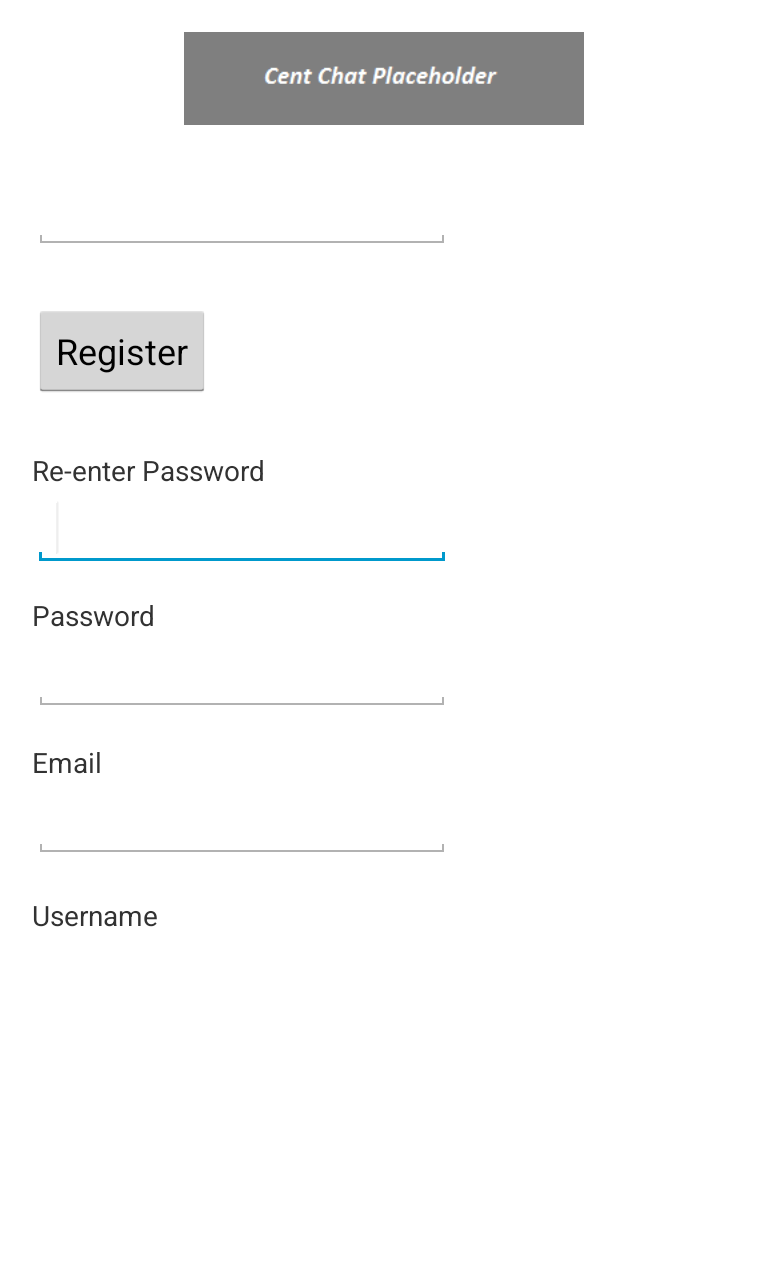
Repository: emeryduh/AndroidProject
Layout: client/TeamJonesProject/res/layout/activity_registration.xml
An editor plug-in stored every save of this project. The layout is shown before and after the next save, followed by the edit.
It is drawn on a 768 x 1280 px phone screen (xhdpi) without system bars, with theme AppTheme; the app's code is not run.

Above is the layout before, as saved 2014-10-01 01:55:06.

### client/TeamJonesProject/res/layout/activity_registration.xml
<RelativeLayout xmlns:android="http://schemas.android.com/apk/res/android"
    xmlns:tools="http://schemas.android.com/tools"
    android:layout_width="match_parent"
    android:layout_height="match_parent"
    android:paddingBottom="@dimen/activity_vertical_margin"
    android:paddingLeft="@dimen/activity_horizontal_margin"
    android:paddingRight="@dimen/activity_horizontal_margin"
    android:paddingTop="@dimen/activity_vertical_margin"
    tools:context="com.comp313.RegistrationActivity" >

    <LinearLayout
        android:id="@+id/linearLayout_header"
        android:layout_width="match_parent"
        android:layout_height="@dimen/bodySpacing_headerHeight"
        android:layout_alignParentLeft="true"
        android:layout_alignParentTop="true"
        android:orientation="vertical" >

        <ImageView
            android:id="@+id/imageView1"
            android:layout_width="wrap_content"
            android:layout_height="wrap_content"
            android:layout_gravity="center_horizontal"
            android:src="@drawable/header_300x70" />
    </LinearLayout>

    <LinearLayout
        android:id="@+id/linearLayout_body"
        android:layout_width="match_parent"
        android:layout_height="wrap_content"
        android:layout_alignLeft="@+id/linearLayout_header"
        android:layout_below="@+id/linearLayout_header"
        android:orientation="vertical" >

        <EditText
            android:id="@+id/password_registration_check_field"
            android:layout_width="wrap_content"
            android:layout_height="wrap_content"
            android:layout_above="@+id/submit_registration_button"
            android:layout_centerHorizontal="true"
            android:layout_marginBottom="26dp"
            android:ems="10"
            android:inputType="textPassword" />

        <Button
            android:id="@+id/submit_registration_button"
            android:layout_width="wrap_content"
            android:layout_height="wrap_content"
            android:layout_alignParentBottom="true"
            android:layout_centerHorizontal="true"
            android:layout_marginBottom="26dp"
            android:text="@string/submit_registration_text" />

        <TextView
            android:id="@+id/password_registration_check"
            android:layout_width="wrap_content"
            android:layout_height="wrap_content"
            android:layout_above="@+id/password_registration_check_field"
            android:layout_centerHorizontal="true"
            android:text="@string/password_registration_check_text" />

        <EditText
            android:id="@+id/password_registration_field"
            android:layout_width="wrap_content"
            android:layout_height="wrap_content"
            android:layout_above="@+id/password_registration_check"
            android:layout_alignLeft="@+id/email_registration_field"
            android:layout_marginBottom="14dp"
            android:ems="10"
            android:inputType="textPassword" >

            <requestFocus />
        </EditText>

        <TextView
            android:id="@+id/password_registration"
            android:layout_width="wrap_content"
            android:layout_height="wrap_content"
            android:layout_alignRight="@+id/username_registration"
            android:layout_centerVertical="true"
            android:text="@string/password_registration_text" />

        <EditText
            android:id="@+id/email_registration_field"
            android:layout_width="wrap_content"
            android:layout_height="wrap_content"
            android:layout_above="@+id/password_registration"
            android:layout_alignRight="@+id/password_registration_check_field"
            android:layout_marginBottom="15dp"
            android:ems="10"
            android:inputType="textEmailAddress" />

        <TextView
            android:id="@+id/email_registration"
            android:layout_width="wrap_content"
            android:layout_height="wrap_content"
            android:layout_above="@+id/email_registration_field"
            android:layout_centerHorizontal="true"
            android:text="@string/email_registration_text" />

        <EditText
            android:id="@+id/username_registration_field"
            android:layout_width="wrap_content"
            android:layout_height="wrap_content"
            android:layout_above="@+id/email_registration"
            android:layout_centerHorizontal="true"
            android:layout_marginBottom="18dp"
            android:ems="10"
            android:inputType="text" />

        <TextView
            android:id="@+id/username_registration"
            android:layout_width="wrap_content"
            android:layout_height="wrap_content"
            android:layout_above="@+id/username_registration_field"
            android:layout_centerHorizontal="true"
            android:text="@string/username_registration_text" />
    </LinearLayout>

</RelativeLayout>

### client/TeamJonesProject/res/values/dimens.xml
<resources>

    <!-- Default screen margins, per the Android Design guidelines. -->
    <dimen name="activity_horizontal_margin">16dp</dimen>
    <dimen name="activity_vertical_margin">16dp</dimen>

    <!-- Chat Activity Configuration -->
    <dimen name="chatbox_min_height">15dp</dimen>
    <dimen name="chatbox_max_height">150dp</dimen>
    <dimen name="chatbox_min_width">15dp</dimen>
    <dimen name="chatbox_max_width">150dp</dimen>

    <!-- Registration Activity Configuration -->
    <dimen name="bodySpacing_headerHeight">70dp</dimen>
    <dimen name="bodySpacing_top">20dp</dimen>
</resources>

### client/TeamJonesProject/res/values/strings.xml
<?xml version="1.0" encoding="utf-8"?>
<resources>

    <string name="app_name">CentChat</string>
    <string name="action_settings">Settings</string>

    <!-- Chat screen text -->
    <string name="btnSend_text">Send</string>
    <string name="default_text">Welcome to CentChat!</string>
    <string name="default_clientType_text">Type a message here.</string>

    <!-- Login screen text -->
    <string name="username_text">Username</string>
    <string name="password_text">Password</string>
    <string name="rememberMe_text">Remember Me</string>
    <string name="login_text">Login</string>
    <string name="title_activity_login">Login Form</string>

    <!-- Registration screen text -->
    <string name="username_registration_text">Username</string>
    <string name="email_registration_text">Email</string>
    <string name="password_registration_text">Password</string>
    <string name="password_registration_check_text">Re-enter Password</string>
    <string name="submit_registration_text">Register</string>
    <string name="title_activity_registration">Registration Form</string>


</resources>

Loaded but not shown: client/TeamJonesProject/res/values/styles.xml (common file); client/TeamJonesProject/res/values-v11/styles.xml (common file); client/TeamJonesProject/res/values-v14/styles.xml (common file); client/TeamJonesProject/res/values-w820dp/dimens.xml (common file)

After the next save:
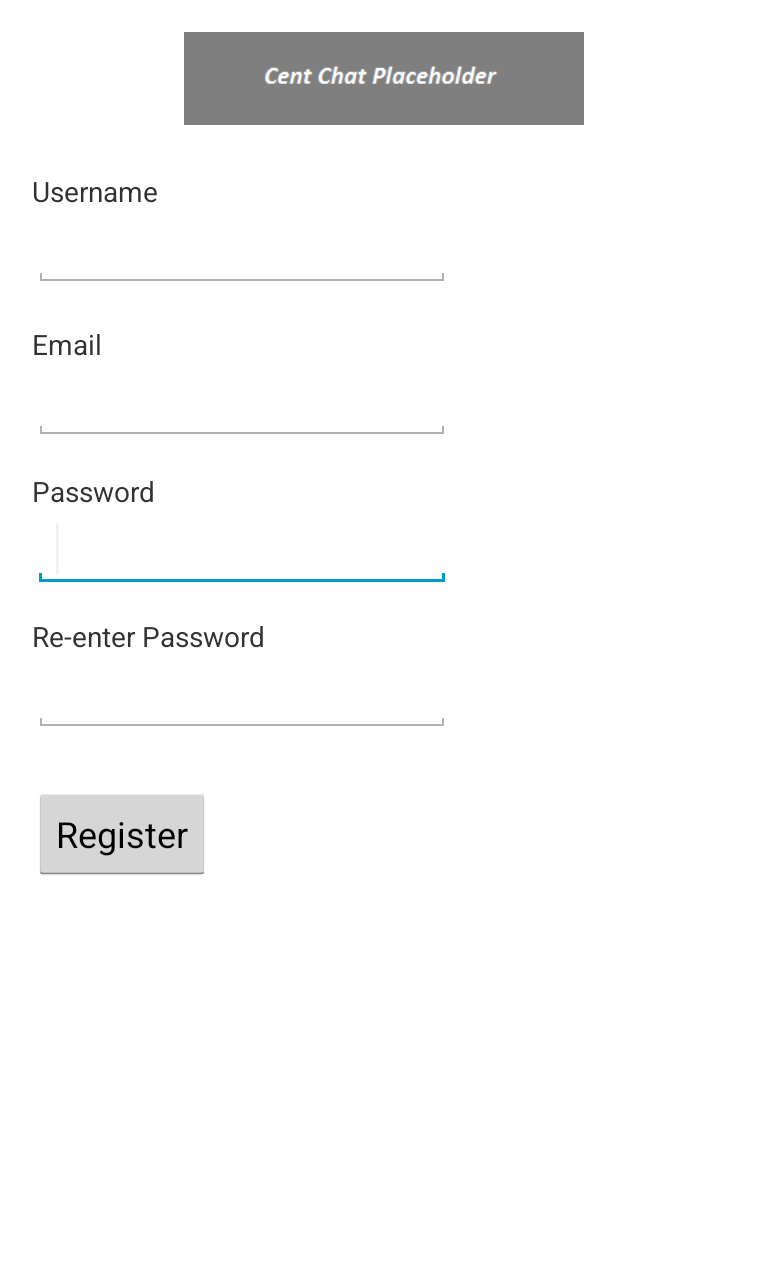
Saved 92 s later.
--- a/client/TeamJonesProject/res/layout/activity_registration.xml
+++ b/client/TeamJonesProject/res/layout/activity_registration.xml
@@ -32,6 +32,71 @@
         android:layout_below="@+id/linearLayout_header"
         android:orientation="vertical" >
 
+        <TextView
+            android:id="@+id/username_registration"
+            android:layout_width="wrap_content"
+            android:layout_height="wrap_content"
+            android:layout_above="@+id/username_registration_field"
+            android:layout_centerHorizontal="true"
+            android:text="@string/username_registration_text" />
+
+        <EditText
+            android:id="@+id/username_registration_field"
+            android:layout_width="wrap_content"
+            android:layout_height="wrap_content"
+            android:layout_above="@+id/email_registration"
+            android:layout_centerHorizontal="true"
+            android:layout_marginBottom="18dp"
+            android:ems="10"
+            android:inputType="text" />
+
+        <TextView
+            android:id="@+id/email_registration"
+            android:layout_width="wrap_content"
+            android:layout_height="wrap_content"
+            android:layout_above="@+id/email_registration_field"
+            android:layout_centerHorizontal="true"
+            android:text="@string/email_registration_text" />
+
+        <EditText
+            android:id="@+id/email_registration_field"
+            android:layout_width="wrap_content"
+            android:layout_height="wrap_content"
+            android:layout_above="@+id/password_registration"
+            android:layout_alignRight="@+id/password_registration_check_field"
+            android:layout_marginBottom="15dp"
+            android:ems="10"
+            android:inputType="textEmailAddress" />
+
+        <TextView
+            android:id="@+id/password_registration"
+            android:layout_width="wrap_content"
+            android:layout_height="wrap_content"
+            android:layout_alignRight="@+id/username_registration"
+            android:layout_centerVertical="true"
+            android:text="@string/password_registration_text" />
+
+        <EditText
+            android:id="@+id/password_registration_field"
+            android:layout_width="wrap_content"
+            android:layout_height="wrap_content"
+            android:layout_above="@+id/password_registration_check"
+            android:layout_alignLeft="@+id/email_registration_field"
+            android:layout_marginBottom="14dp"
+            android:ems="10"
+            android:inputType="textPassword" >
+
+            <requestFocus />
+        </EditText>
+
+        <TextView
+            android:id="@+id/password_registration_check"
+            android:layout_width="wrap_content"
+            android:layout_height="wrap_content"
+            android:layout_above="@+id/password_registration_check_field"
+            android:layout_centerHorizontal="true"
+            android:text="@string/password_registration_check_text" />
+
         <EditText
             android:id="@+id/password_registration_check_field"
             android:layout_width="wrap_content"
@@ -50,71 +115,6 @@
             android:layout_centerHorizontal="true"
             android:layout_marginBottom="26dp"
             android:text="@string/submit_registration_text" />
-
-        <TextView
-            android:id="@+id/password_registration_check"
-            android:layout_width="wrap_content"
-            android:layout_height="wrap_content"
-            android:layout_above="@+id/password_registration_check_field"
-            android:layout_centerHorizontal="true"
-            android:text="@string/password_registration_check_text" />
-
-        <EditText
-            android:id="@+id/password_registration_field"
-            android:layout_width="wrap_content"
-            android:layout_height="wrap_content"
-            android:layout_above="@+id/password_registration_check"
-            android:layout_alignLeft="@+id/email_registration_field"
-            android:layout_marginBottom="14dp"
-            android:ems="10"
-            android:inputType="textPassword" >
-
-            <requestFocus />
-        </EditText>
-
-        <TextView
-            android:id="@+id/password_registration"
-            android:layout_width="wrap_content"
-            android:layout_height="wrap_content"
-            android:layout_alignRight="@+id/username_registration"
-            android:layout_centerVertical="true"
-            android:text="@string/password_registration_text" />
-
-        <EditText
-            android:id="@+id/email_registration_field"
-            android:layout_width="wrap_content"
-            android:layout_height="wrap_content"
-            android:layout_above="@+id/password_registration"
-            android:layout_alignRight="@+id/password_registration_check_field"
-            android:layout_marginBottom="15dp"
-            android:ems="10"
-            android:inputType="textEmailAddress" />
-
-        <TextView
-            android:id="@+id/email_registration"
-            android:layout_width="wrap_content"
-            android:layout_height="wrap_content"
-            android:layout_above="@+id/email_registration_field"
-            android:layout_centerHorizontal="true"
-            android:text="@string/email_registration_text" />
-
-        <EditText
-            android:id="@+id/username_registration_field"
-            android:layout_width="wrap_content"
-            android:layout_height="wrap_content"
-            android:layout_above="@+id/email_registration"
-            android:layout_centerHorizontal="true"
-            android:layout_marginBottom="18dp"
-            android:ems="10"
-            android:inputType="text" />
-
-        <TextView
-            android:id="@+id/username_registration"
-            android:layout_width="wrap_content"
-            android:layout_height="wrap_content"
-            android:layout_above="@+id/username_registration_field"
-            android:layout_centerHorizontal="true"
-            android:text="@string/username_registration_text" />
     </LinearLayout>
 
 </RelativeLayout>
